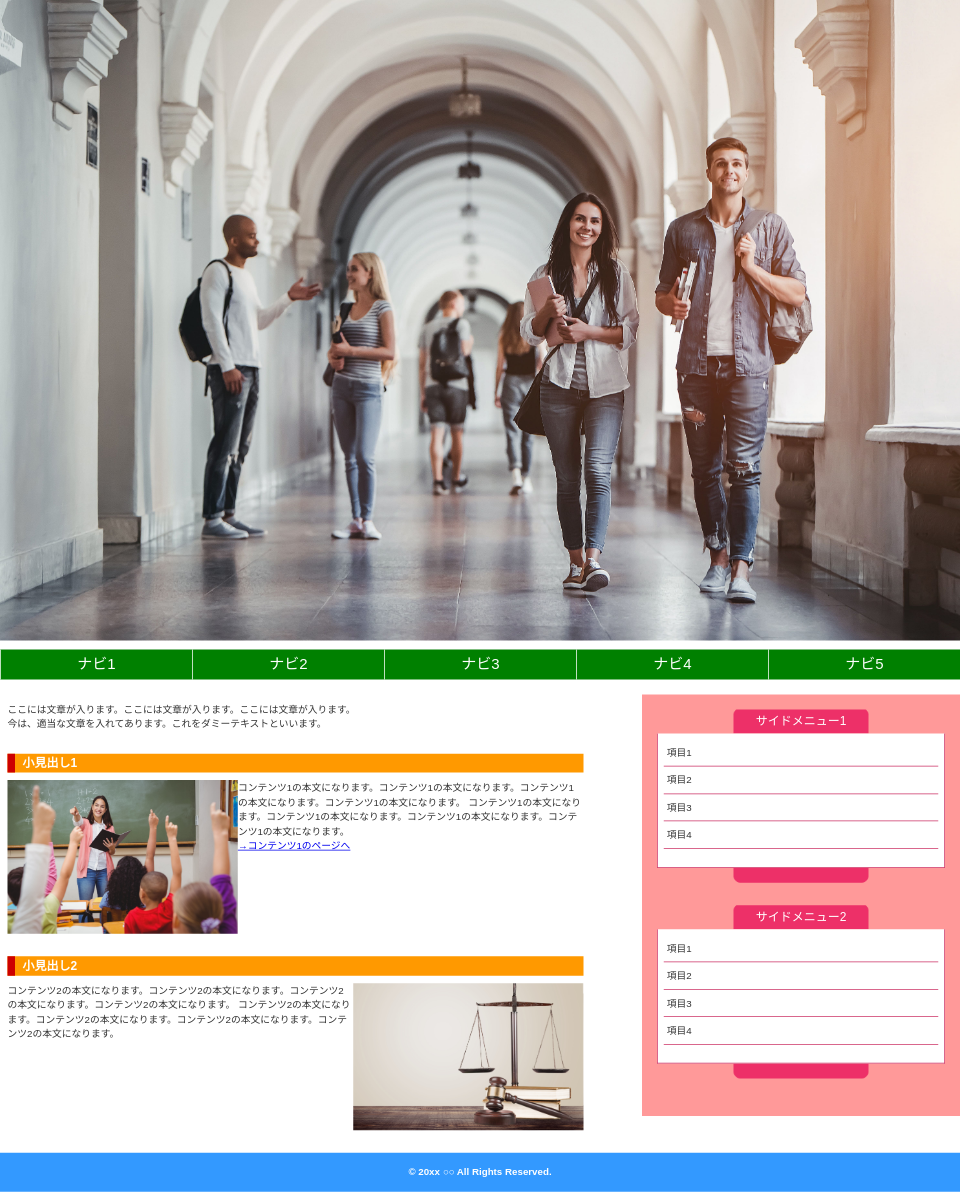
Repository: maasa159/Samurai_JS
Page: home.html
The author's editor kept a record of every edit. The page is drawn from the files as they stood at one moment, then again after the next edit.
The browser window is 1280 px wide. The pictures show the whole page, at 75% of full size.

Above is the page before.

After the next edit:
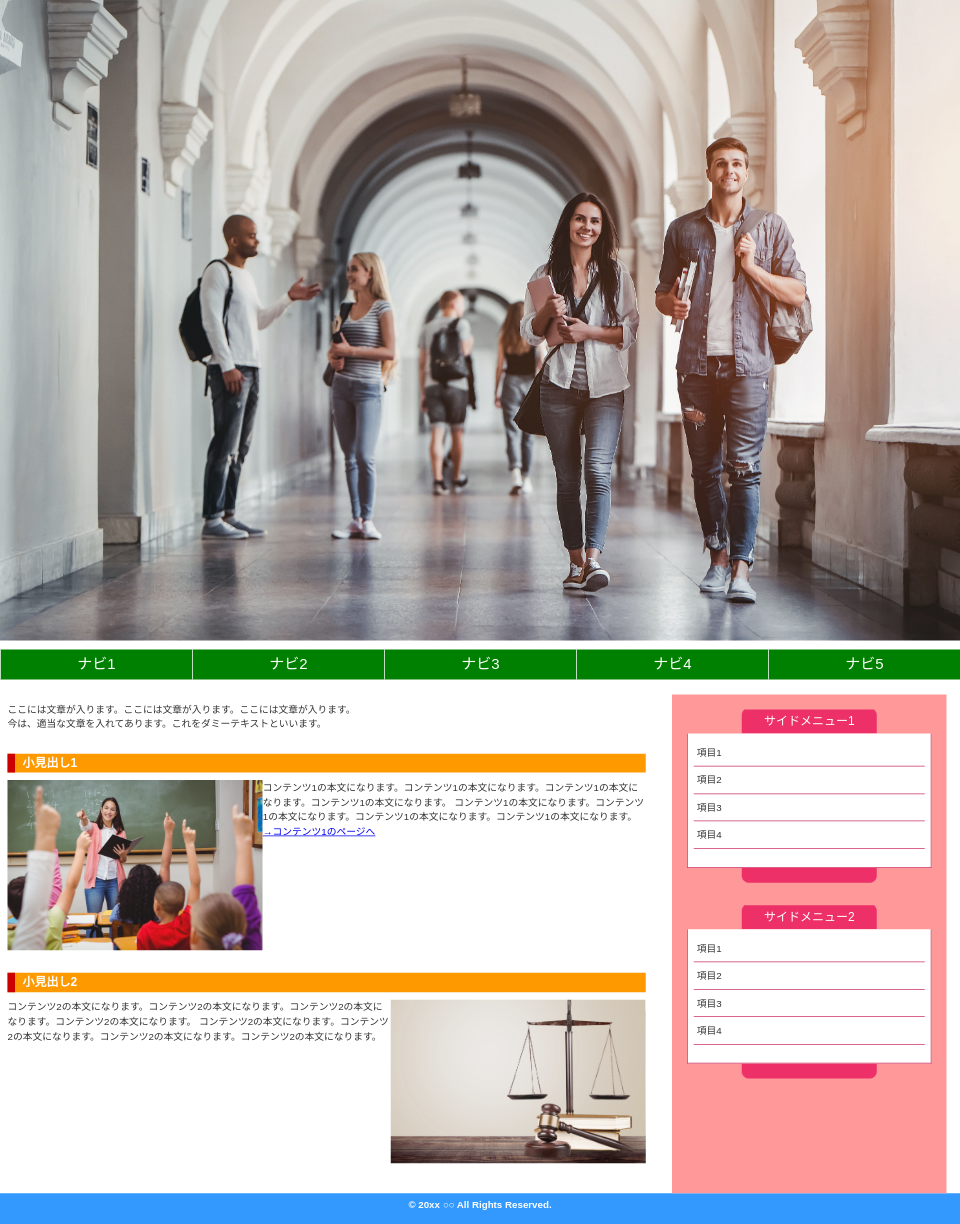
The edit:
--- a/stylesheet.css
+++ b/stylesheet.css
@@ -50,13 +50,12 @@
 	width: 100%;
 }
 #nav ul {
-	display: flex;
+    display: flex;
 	margin: 0;
 	padding: 0;
 	list-style-type: none;
 }
 #nav ul li {
-	float: left;
 	width: 20%;
 	text-align: center;
 }
@@ -82,11 +81,13 @@
 	 margin: auto;
 	 padding-top: 20px;
 	 clear: both;
+	 display: grid;
+	 grid-template-columns: 70vw 30vw;
  }
   /* -------------------- main -------------------- */
-  #main{
-	  float: left;
-	  width: 60%;
+  	#main {
+
+	  width: 95%;
 	  padding: 10px 30px 10px 10px;
   }
   #main h2{
@@ -126,17 +127,17 @@
 
  /* -------------------- clearfix -------------------- */
  .clearfix{
-	 zoom: 1;
- }
- .clearfix:after{
-	content: "";
-	display: block;
-	clear: both;
+	zoom: 1;
+}
+.clearfix:after{
+   content: "";
+   display: block;
+   clear: both;
 }
 /* -------------------- side -------------------- */
 #side {
-	float: right;
-	width: 30%;
+
+	width: 85%;
 	padding: 20px;
 	background-color: #F99;
 }
